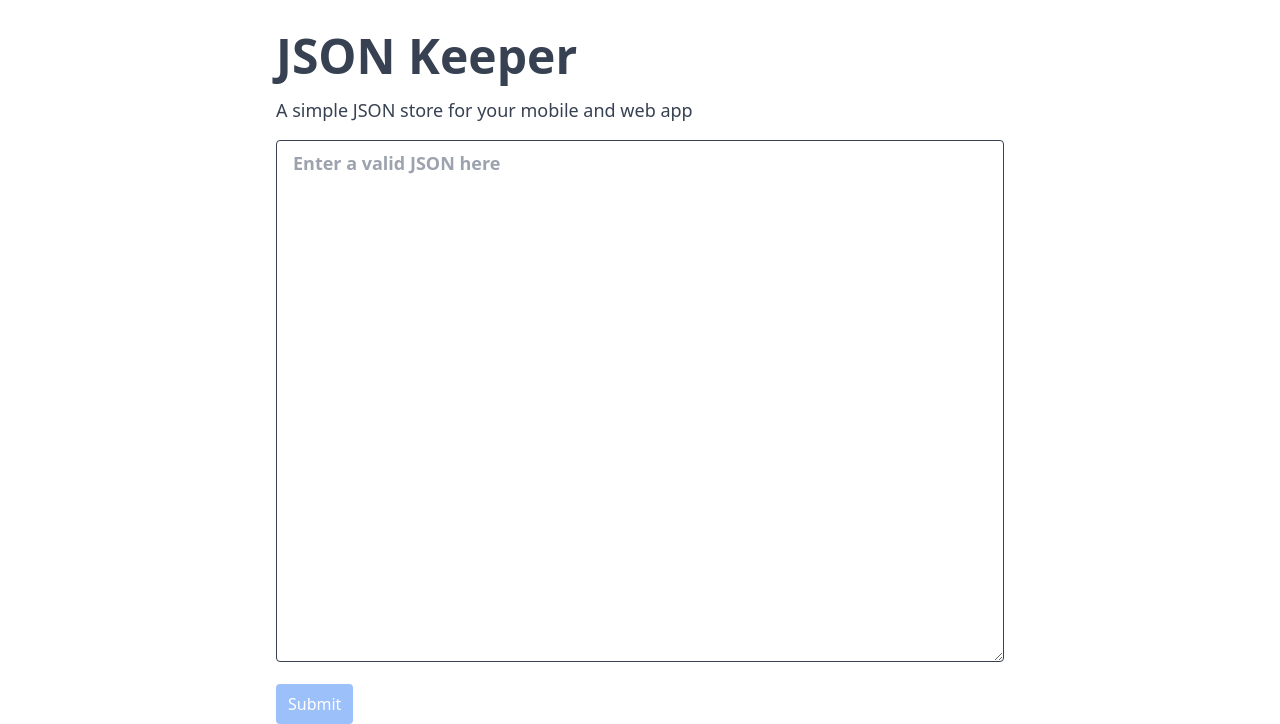
Repository: lakshithapramodya/jsonhub
Page: / (app in client/)
An editor plug-in stored every save of this project. The page is shown before and after the next save, followed by the edit.
The browser window is 1280 px wide. The pictures show the whole page.
The page's requests for data from a server got no answer. The project was rebuilt for these pictures with package versions that can differ from the ones it lists, and the page was loaded fresh each time. No one was signed in, and anything a server would have sent is missing. Also part of the build but not shown: client/src/HandleJsonData.js.

Above is the page before, as saved 2023-05-10 12:32:52.

After the next save:
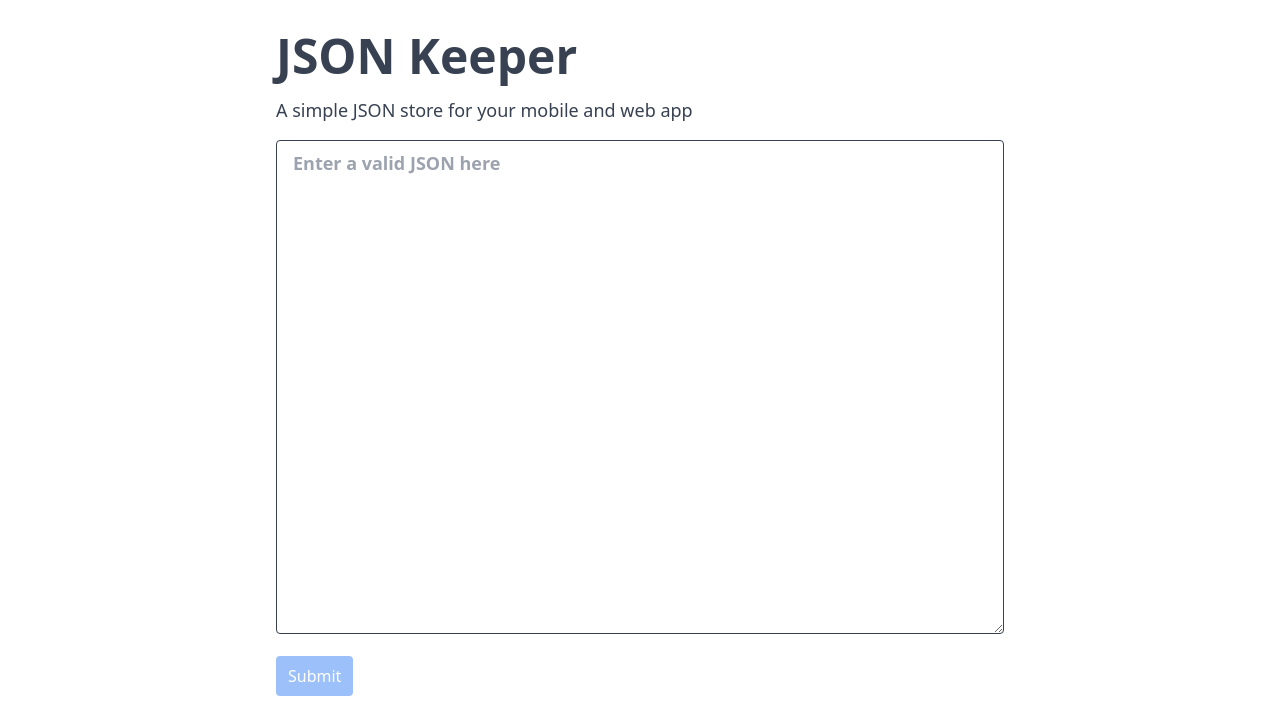
Saved 20 s later.
--- a/client/src/App.js
+++ b/client/src/App.js
@@ -50,7 +50,7 @@ function App() {
             placeholder="Enter a valid JSON here"
             onChange={(e) => setInput(e.target.value)}
             value={input}
-            rows={18}
+            rows={17}
             className={`border border-gray-700 w-full rounded p-2 px-4 text-lg font-semibold focus:outline-none`}
           />
           <button
